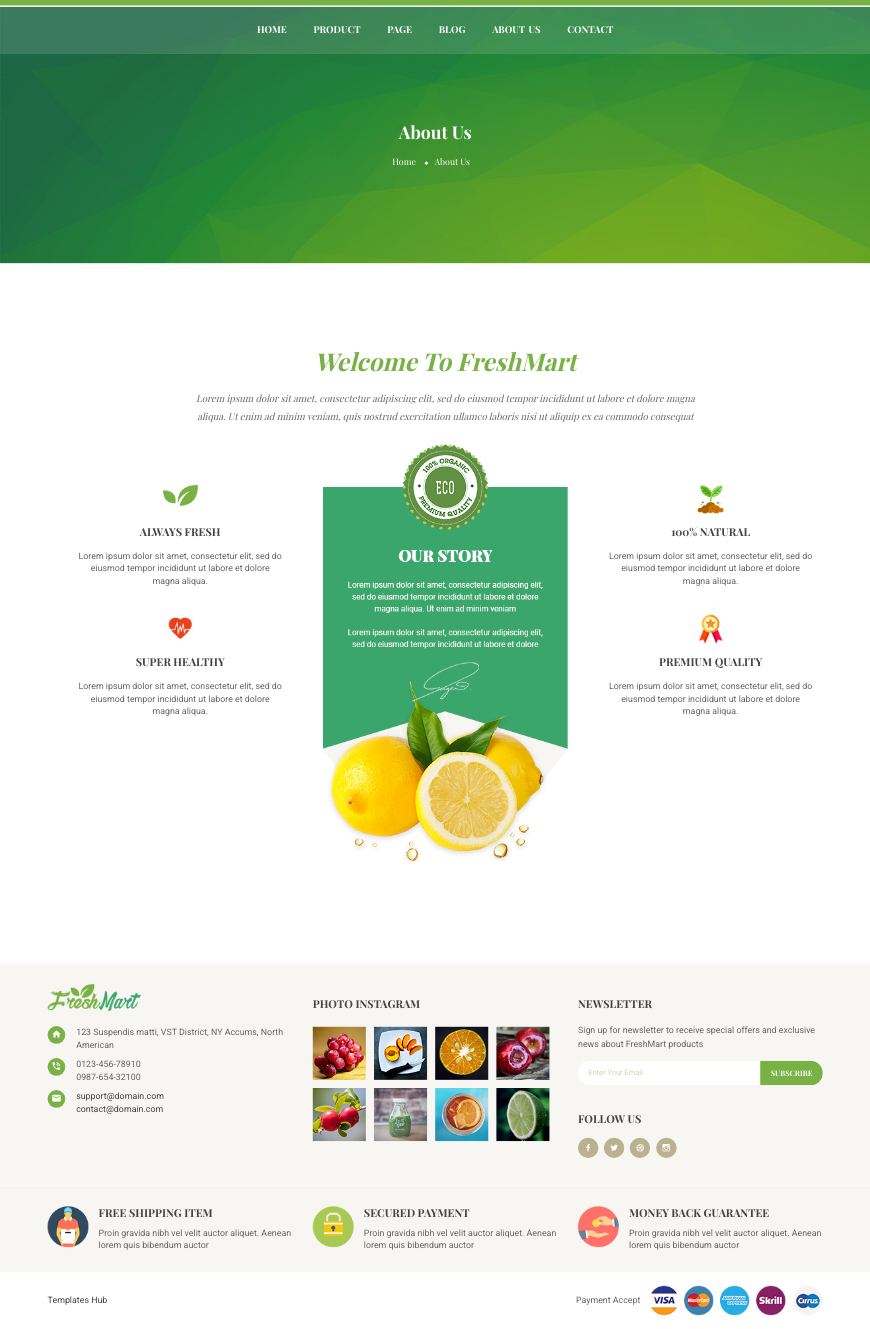
Repository: the-karanja/ForeverLiving2
Page: page-about-us.html
The author's editor kept a copy of each file at every save. The page is drawn from the files as they stood at one save, then again after the next save.
The browser window is 1280 px wide. The pictures show the whole page, at 68% of full size.
Some web fonts or font styles are not loaded; a fallback is used.

Above is the page before, as saved 2024-06-20 19:14:32.

After the next save:
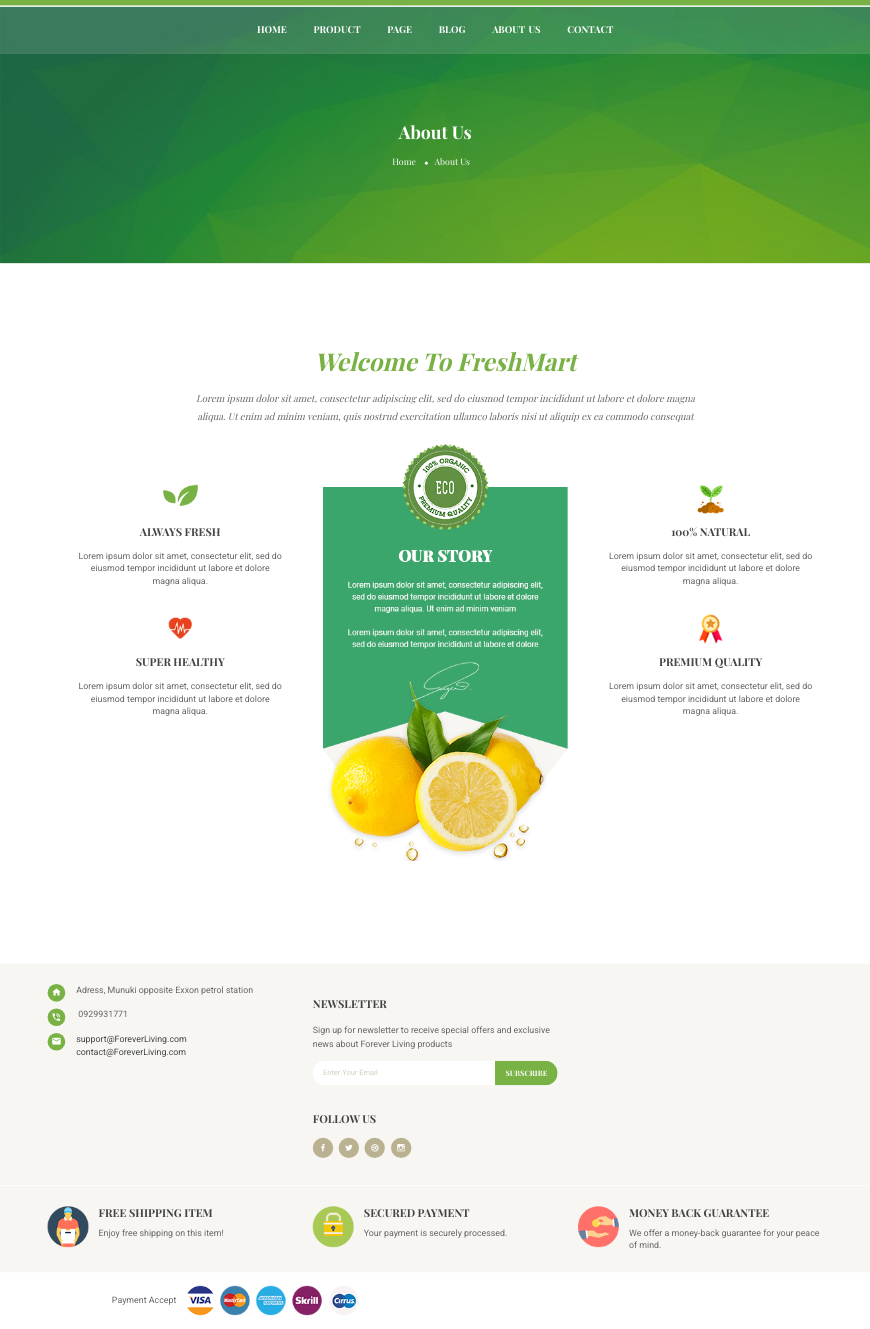
Saved 50 s later.
--- a/page-about-us.html
+++ b/page-about-us.html
@@ -334,7 +334,6 @@
 			</div>
 
 
-			<!-- Footer -->
 			<footer id="footer">
 				<div class="footer">
 					<!-- Footer Top -->
@@ -344,9 +343,9 @@
 								<div class="col-lg-4 col-md-4 col-sm-4 col-xs-12">
 									<div class="block text">
 										<div class="block-content">
-											<a href="index.html" class="logo-footer">
+											<!-- <a href="index.html" class="logo-footer">
 												<img src="img/logo-2.png" alt="Logo">
-											</a>
+											</a> -->
 
 											<div class="contact">
 												<div class="item d-flex">
@@ -354,7 +353,7 @@
 														<i class="zmdi zmdi-home"></i>
 													</div>
 													<div class="item-right">
-														<span>123 Suspendis matti, VST District, NY Accums, North American</span>
+														<span> Adress, Munuki opposite Exxon petrol station</span>
 													</div>
 												</div>
 												<div class="item d-flex">
@@ -362,7 +361,8 @@
 														<i class="zmdi zmdi-phone-in-talk"></i>
 													</div>
 													<div class="item-right">
-														<span>0123-456-78910<br>0987-654-32100</span>
+														<span> 0929931771
+														</span>
 													</div>
 												</div>
 												<div class="item d-flex">
@@ -370,7 +370,7 @@
 														<i class="zmdi zmdi-email"></i>
 													</div>
 													<div class="item-right">
-														<span><a href="mailto:support@domain.com">support@domain.com</a><br><a href="mailto:contact@domain.com">contact@domain.com</a></span>
+														<span><a href="mailto:support@domain.com">support@ForeverLiving.com</a><br><a href="mailto:contact@domain.com">contact@ForeverLiving.com</a></span>
 													</div>
 												</div>
 											</div>
@@ -378,7 +378,7 @@
 									</div>
 								</div>
 
-								<div class="col-lg-4 col-md-4 col-sm-4 col-xs-12">
+								<!-- <div class="col-lg-4 col-md-4 col-sm-4 col-xs-12">
 									<div class="block instagram">
 										<h2 class="block-title">Photo Instagram</h2>
 
@@ -427,14 +427,14 @@
 											</div>
 										</div>
 									</div>
-								</div>
+								</div> -->
 
 								<div class="col-lg-4 col-md-4 col-sm-4 col-xs-12">
 									<div class="block newsletter">
 										<h2 class="block-title">Newsletter</h2>
 
 										<div class="block-content">
-											<p class="description">Sign up for newsletter to receive special offers and exclusive news about FreshMart products</p>
+											<p class="description">Sign up for newsletter to receive special offers and exclusive news about Forever Living products</p>
 											<form action="#" method="post">
 												<input type="text" placeholder="Enter Your Email">
 												<button type="submit" class="btn btn-primary">Subscribe</button>
@@ -471,7 +471,7 @@
 											</div>
 											<div class="item-right">
 												<h3 class="title">Free Shipping item</h3>
-												<div class="content">Proin gravida nibh vel velit auctor aliquet. Aenean lorem quis bibendum auctor</div>
+												<div class="content">Enjoy free shipping on this item!</div>
 											</div>
 										</div>
 									</div>
@@ -483,7 +483,7 @@
 											</div>
 											<div class="item-right">
 												<h3 class="title">Secured Payment</h3>
-												<div class="content">Proin gravida nibh vel velit auctor aliquet. Aenean lorem quis bibendum auctor</div>
+												<div class="content">Your payment is securely processed.</div>
 											</div>
 										</div>
 									</div>
@@ -495,7 +495,7 @@
 											</div>
 											<div class="item-right">
 												<h3 class="title">Money Back Guarantee</h3>
-												<div class="content">Proin gravida nibh vel velit auctor aliquet. Aenean lorem quis bibendum auctor</div>
+												<div class="content">We offer a money-back guarantee for your peace of mind.</div>
 											</div>
 										</div>
 									</div>
@@ -509,9 +509,9 @@
 				<div class="footer-copyright">
 					<div class="container">
 						<div class="row">
-							<div class="col-lg-7 col-md-7 col-sm-7 col-xs-12">
+							<!-- <div class="col-lg-7 col-md-7 col-sm-7 col-xs-12">
 								<div class="copyright"><a target="_blank" href="https://www.templateshub.net">Templates Hub</a></div>
-							</div>
+							</div> -->
 
 							<div class="col-lg-5 col-md-5 col-sm-5 col-xs-12 align-right">
 								<div class="payment">
